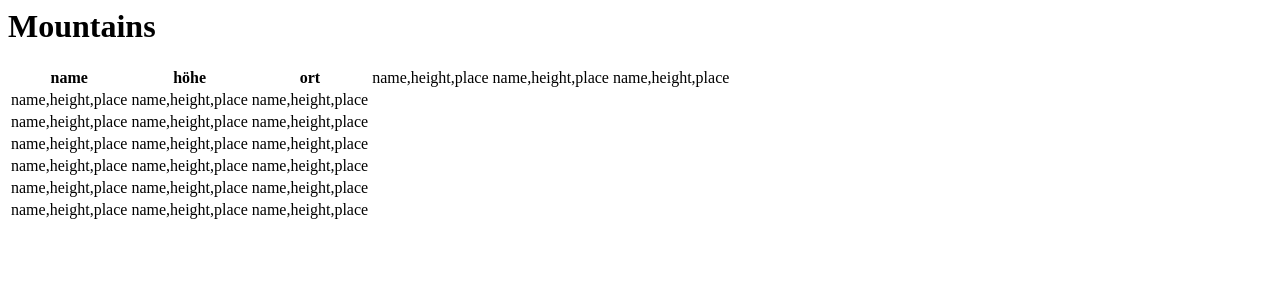
Repository: adamkonopka1991/Uni
Page: Kiez App/8.1/index.html
The author's editor kept a record of every edit. The page is drawn from the files as they stood at one moment, then again after the next edit.
The browser window is 1280 px wide. The pictures show the whole page.

Above is the page before.

After the next edit:
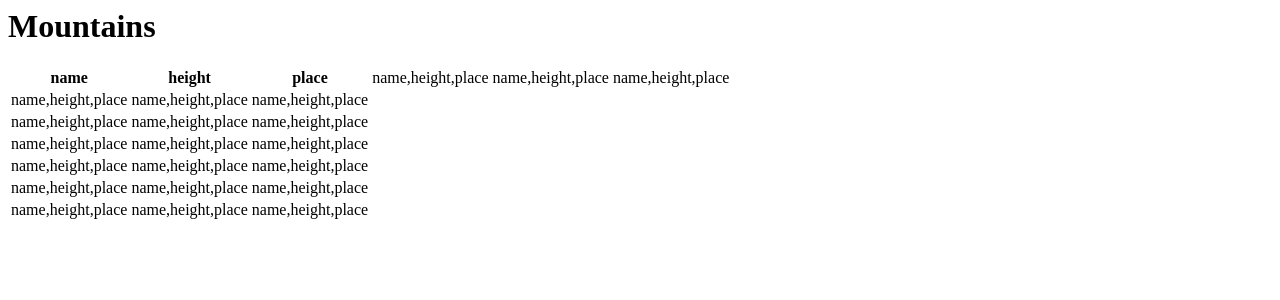
The edit:
--- a/Kiez App/8.1/index.html
+++ b/Kiez App/8.1/index.html
@@ -16,7 +16,7 @@
     function table(array)
     {
        let output= "<table>";
-       let keys= ["name","höhe","ort"];
+       let keys= Object.keys(array[0]);
 
        for(let i=0; i<array.length; i++)
        {
